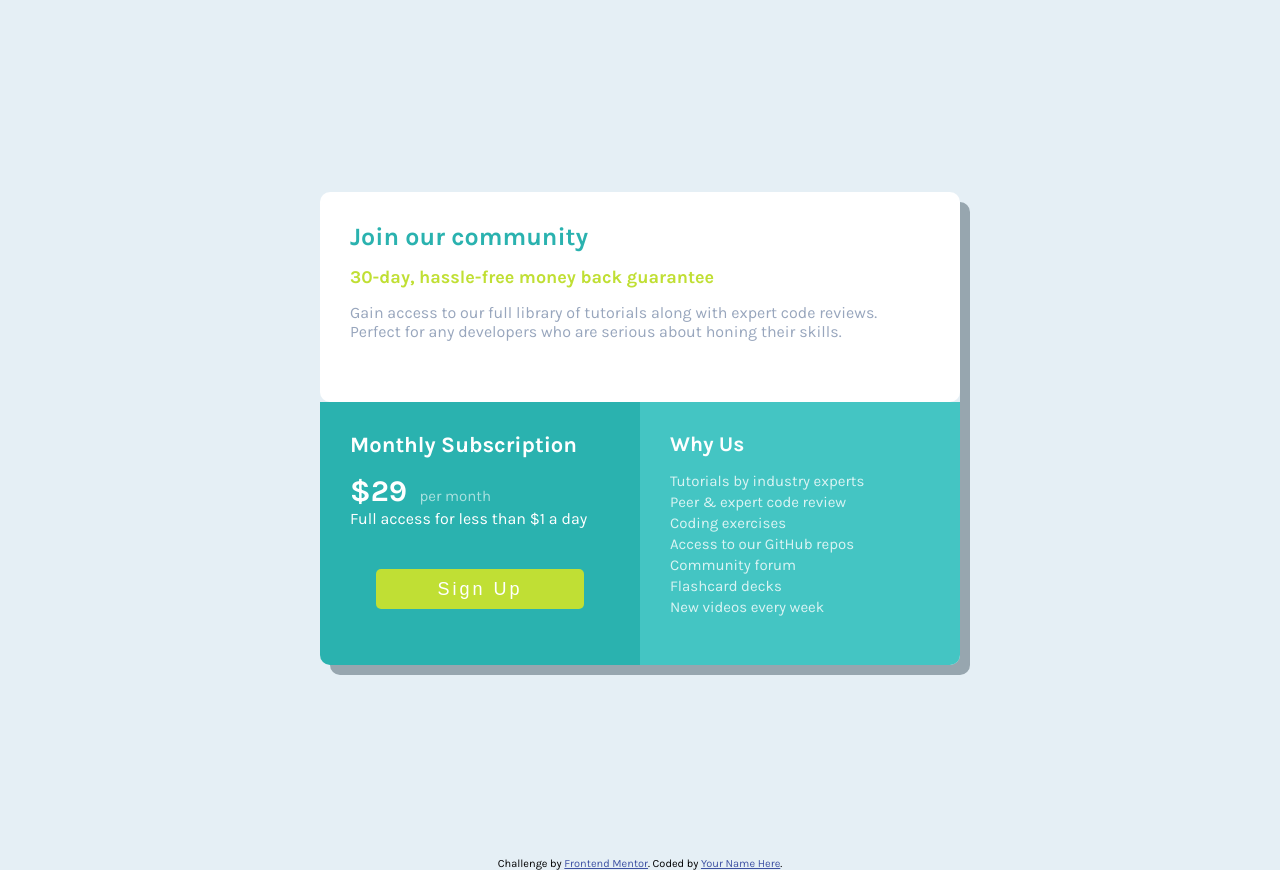
Repository: Pedrohamoura-Git/Frontend-Mentor-Challenges
Page: Newbie/single-price-grid-component-master/index.html
These files come from the project's save history. The page is drawn as it stood at one moment and after the next save; the edit follows.
The browser window is 1280 px wide. The pictures show the whole page.

Above is the page before, as saved 2021-05-31 15:57:39.

After the next save:
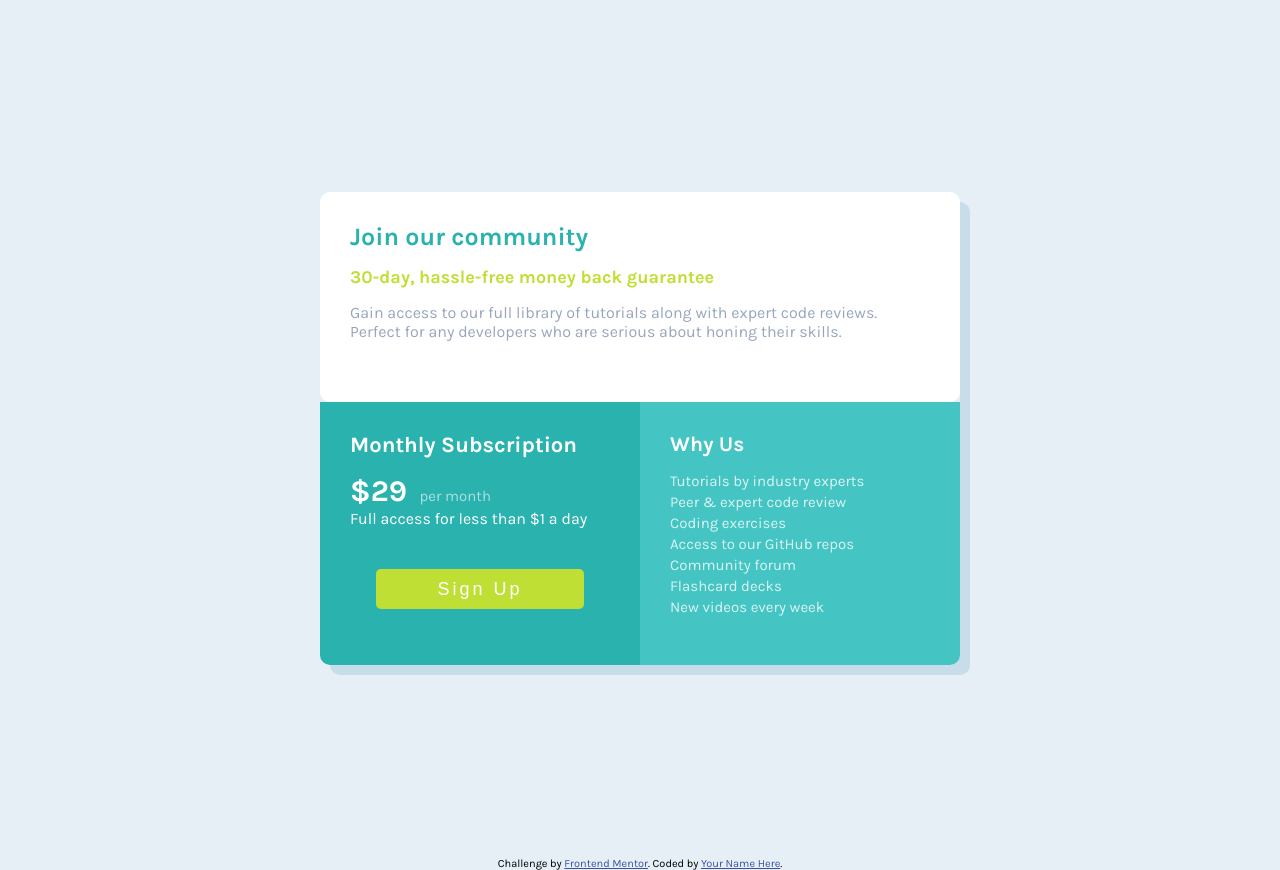
Saved 2 s later.
--- a/Newbie/single-price-grid-component-master/css/style.css
+++ b/Newbie/single-price-grid-component-master/css/style.css
@@ -24,7 +24,7 @@
 */
     #wrapper {
         border-radius: 1rem;
-        box-shadow: 10px 10px hsl(203, 13%, 64%);
+        box-shadow: 10px 10px hsl(203, 46%, 85%);
         display: grid;
         grid-template-rows: repeat(auto-fit, minmax(200px, 1fr));
         margin: 15% auto;
